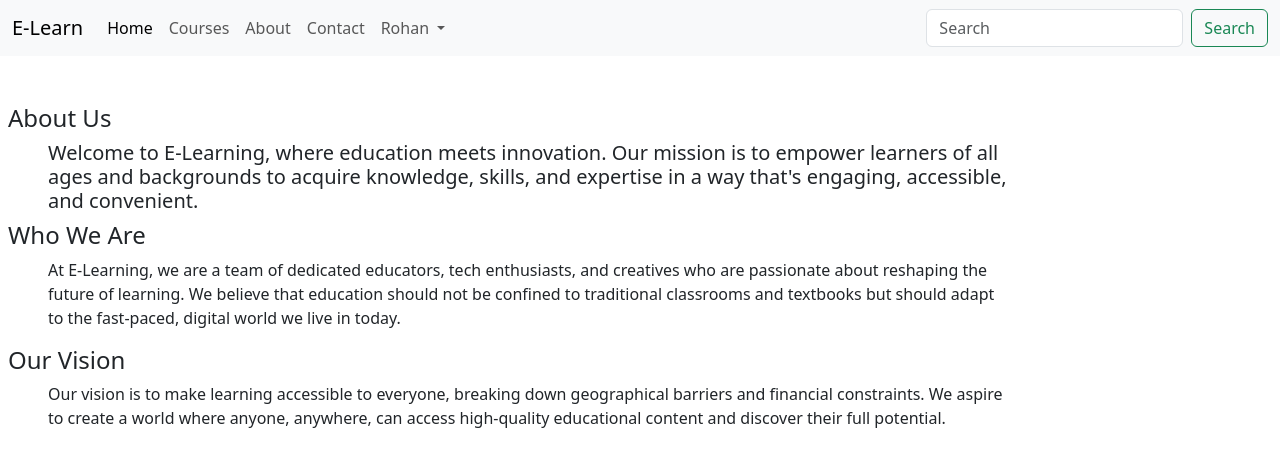
Repository: syni18/bootstrap_elarn
Page: About.html
An editor plug-in stored every save of this project. The page is shown before and after the next save, followed by the edit.
The browser window is 1280 px wide. The pictures show the whole page.

Above is the page before, as saved 2023-10-25 23:13:04.

After the next save:
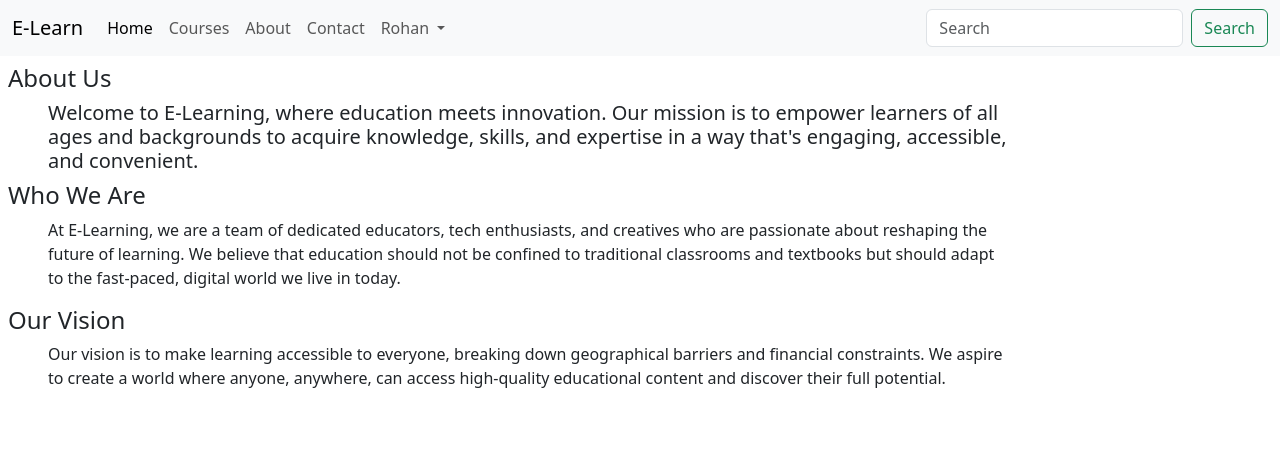
Saved 4 s later.
--- a/About.html
+++ b/About.html
@@ -46,7 +46,7 @@
     </div>
   </div>
 </nav>
-<div class="mt-5">
+<div class="mt-2">
     <h6 class="display-6 fs-4 ms-2">About Us</h6>
     <p class="w-75 ms-5 h5">Welcome to E-Learning, where education meets innovation. Our mission is to empower learners of all ages and backgrounds to acquire knowledge, skills, and expertise in a way that's engaging, accessible, and convenient.</p>
 </div>
